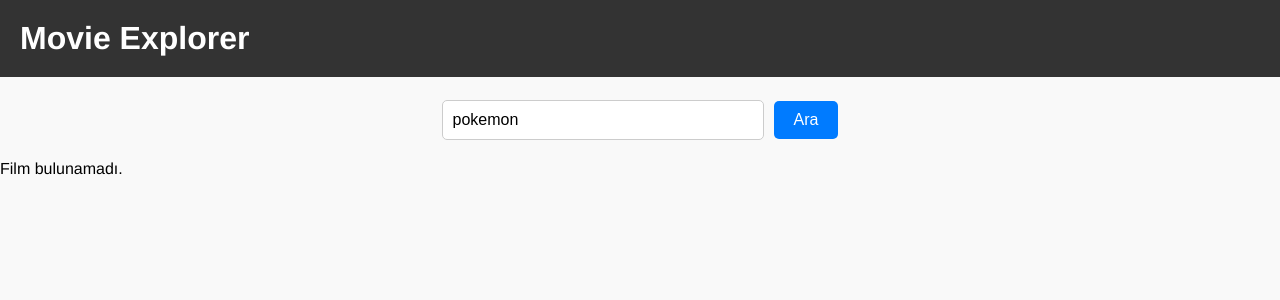
Repository: denizdizi/movie-explorer
Page: /
The author's editor kept a copy of each file at every save. The page is drawn from the files as they stood at one save, then again after a run of saves.
The browser window is 1280 px wide. The pictures show the whole page.
The page's requests for data from a server got no answer. The project was rebuilt for these pictures with package versions that can differ from the ones it lists, and the page was loaded fresh each time. No one was signed in, and anything a server would have sent is missing. Also part of the build but not shown: src/App.css, src/components/MovieCard.js.

Above is the page before, as saved 2025-03-28 11:35:59.

After the next 2 saves:
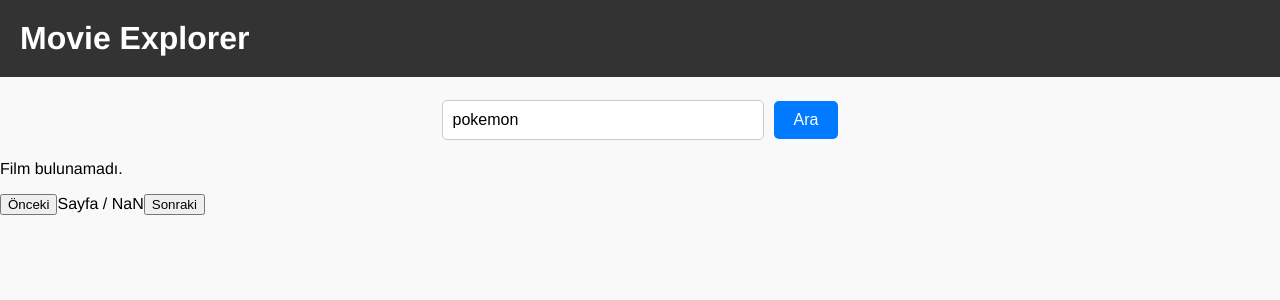
The 2 saves are shown as one change because 1 did not build or start.
The last was saved 100 s later.
--- a/src/pages/Home.js
+++ b/src/pages/Home.js
@@ -3,6 +3,7 @@ import { useDispatch, useSelector } from "react-redux";
 import { fetchMovies } from "../store/actions";
 import MovieList from "../components/MovieList";
 import SearchBar from "../components/SearchBar";
+import Pagination from "../components/Pagination";
 
 const Home = () => {
   const dispatch = useDispatch();
@@ -19,6 +20,7 @@ const Home = () => {
       {loading && <p>Yükleniyor...</p>}
       {error && <p>Hata: {error}</p>}
       <MovieList movies={movies} />
+      <Pagination />
     </div>
   );
 };
--- a/src/store/actions.js
+++ b/src/store/actions.js
@@ -14,3 +14,10 @@ export const fetchMovies = (query = "pokemon", page = 1) => async (dispatch) =>
     dispatch({ type: FETCH_MOVIES_FAILURE, payload: error.message });
   }
 };
+
+export const SET_PAGE = "SET_PAGE";
+
+export const setPage = (page) => ({
+  type: SET_PAGE,
+  payload: page,
+});
